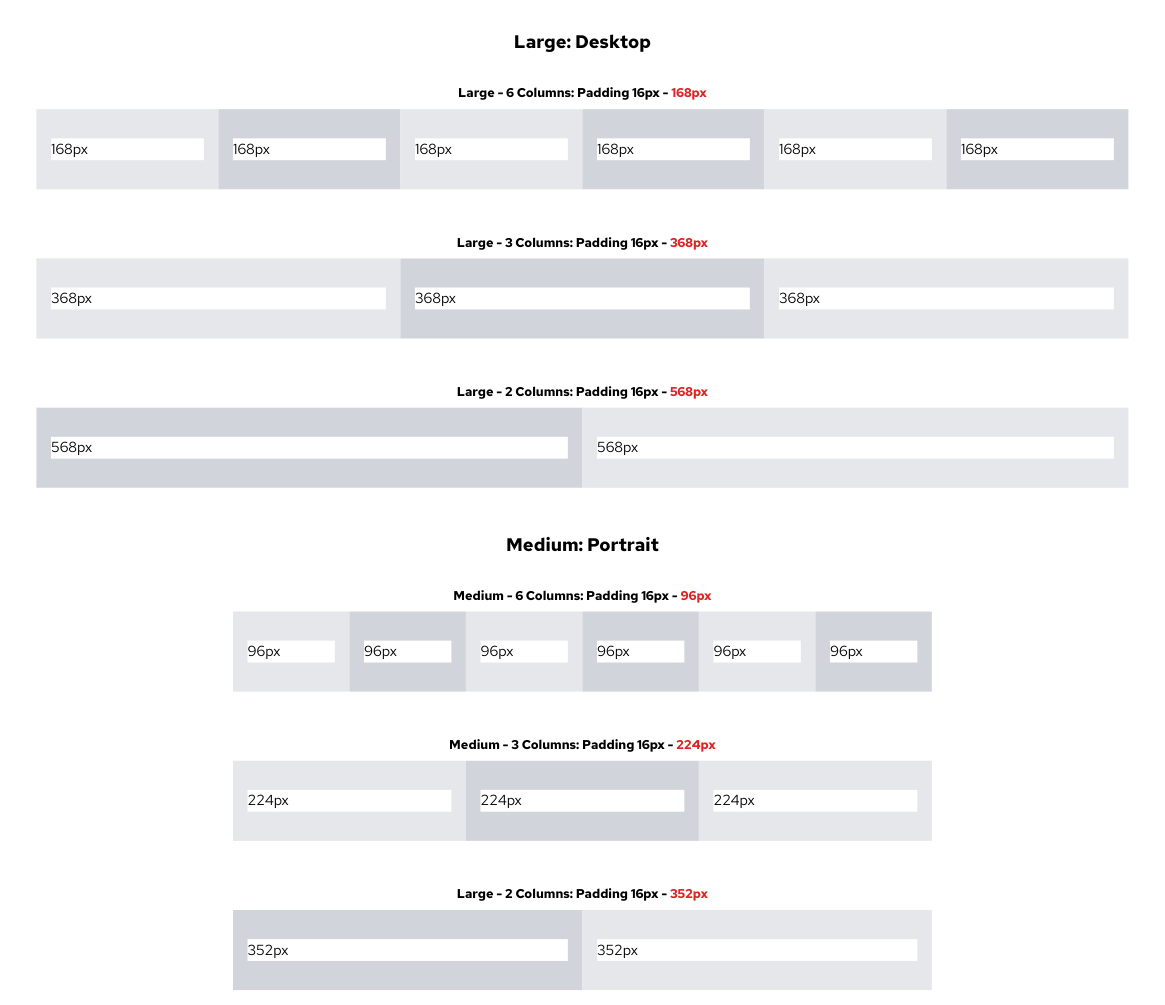
Repository: fabianwurk/vue-tailwind
Page: /
These files come from the project's save history. The page is drawn as it stood at one moment and after the next save; the edit follows.
The browser window is 1280 px wide. The pictures show the whole page, at 91% of full size.
The project was rebuilt for these pictures with package versions that can differ from the ones it lists, and the page was loaded fresh each time. Also part of the build but not shown: vite.config.js.

Above is the page before, as saved 2021-03-16 00:38:39.

After the next save:
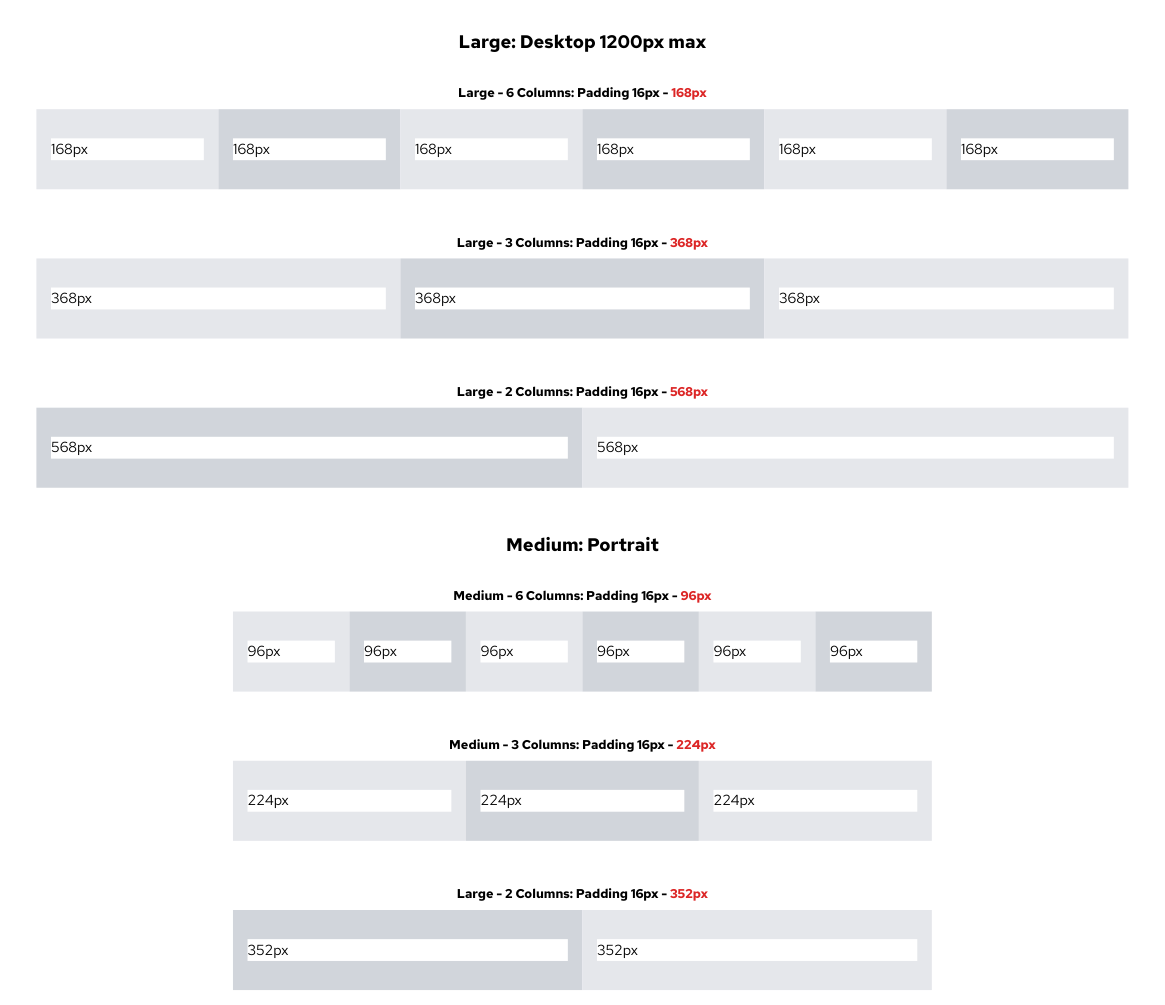
Saved 9 min 57 s later.
--- a/src/components/Large.vue
+++ b/src/components/Large.vue
@@ -1,6 +1,6 @@
 <template>
   <div>
-  <h1 class="text-xl font-bold mb-2 mt-8 text-center">Large: Desktop</h1>
+  <h1 class="text-xl font-bold mb-2 mt-8 text-center">Large: Desktop 1200px max</h1>
   <div class="container mx-auto">
     <h2 class="text-sm font-bold mb-2 mt-8 text-center">Large - 6 Columns: Padding 16px - <span class="text-red-600">{{ sixCol }}</span></h2>
     <div class="flex items-center">
